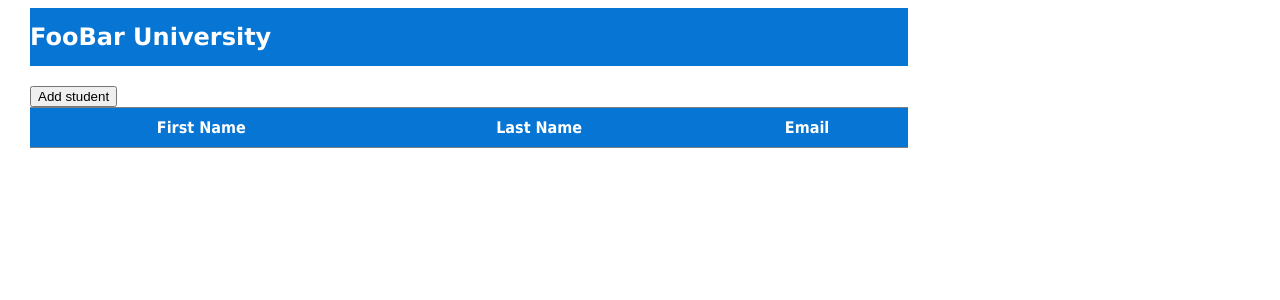
Repository: ddwysg1/JSP-Servlets-and-JDBC-for-beginners
Page: http://localhost/web-student-tracker/StudentControllerServlet
These files come from the project's save history. The page is drawn as it stood at one moment and after the next save; the edit follows.
The browser window is 1280 px wide. The pictures show the whole page.
The page is served by Tomcat 9. Other server files are loaded and not shown. Queries for data that is not in the repository find no rows.

Above is the page before, as saved 2018-07-18 09:57:35.

### jsp-servlet-jdbc-app/web-student-tracker/WebContent/list-students.jsp
<%@ taglib uri="http://java.sun.com/jsp/jstl/core" prefix="c" %>

<!DOCTYPE html>
<html>
<head>
	<title>Student Tracker App</title>
	<link type = "text/css" rel = "stylesheet" href="css/style.css">
</head>
<body>
	<div id="wrapper">
		<div id="header">
			<h2>FooBar University</h2>
		</div>
	</div>

	<div id="container">

		<div id="content">
			<input type="button" value="Add student"
				onclick = "window.location.href='add-student-form.jsp'; return false;"
			/>

			<table>

				<tr>
					<th>First Name</th>
					<th>Last Name</th>
					<th>Email</th>
				</tr>
				<c:forEach var="tempStudent" items="${STUDENT_LIST}">
					<tr>
						<td> ${tempStudent.firstName} </td>
						<td> ${tempStudent.lastName}  </td>
						<td> ${tempStudent.email}  </td>
					</tr>
				</c:forEach>

			</table>

		</div>

	</div>
</body>
</html>

### jsp-servlet-jdbc-app/web-student-tracker/src/com/luv2code/web/jdbc/StudentControllerServlet.java
package com.luv2code.web.jdbc;

import java.io.IOException;
import java.util.List;

import javax.annotation.Resource;
import javax.servlet.RequestDispatcher;
import javax.servlet.ServletException;
import javax.servlet.annotation.WebServlet;
import javax.servlet.http.HttpServlet;
import javax.servlet.http.HttpServletRequest;
import javax.servlet.http.HttpServletResponse;
import javax.sql.DataSource;

/**
 * Servlet implementation class StudentControllerServlet
 */
@WebServlet("/StudentControllerServlet")
public class StudentControllerServlet extends HttpServlet {
	private static final long serialVersionUID = 1L;

	private StudentDbUtil studentDbUtil;

	@Resource(name="jdbc/web_student_tracker")
	private DataSource dataSource;


	@Override
	public void init() throws ServletException {
		super.init();

		try {
			studentDbUtil = new StudentDbUtil(dataSource);

		} catch (Exception e) {
			throw new ServletException(e);
		}
	}


	/**
	 * @see HttpServlet#doGet(HttpServletRequest request, HttpServletResponse response)
	 */
	protected void doGet(HttpServletRequest request, HttpServletResponse response) throws ServletException, IOException {
		try {
			listStudents(request, response);
		} catch (Exception e) {
			e.printStackTrace();
		}
	}

	private void listStudents(HttpServletRequest request, HttpServletResponse response) throws Exception {
		List<Student> students = studentDbUtil.getStudents();

		request.setAttribute("STUDENT_LIST", students);

		RequestDispatcher dispatcher = request.getRequestDispatcher("/list-students.jsp");

		dispatcher.forward(request, response);
	}

}

### jsp-servlet-jdbc-app/web-student-tracker/WebContent/css/style.css
html, body{
	margin-left:15px; margin-right:15px;
	padding:0px;
	font-family:Verdana, Arial, Helvetica, sans-serif;
}

table {
	border-collapse:collapse;
	border-bottom:1px solid gray;
	font-family: Tahoma,Verdana,Segoe,sans-serif;
	width:72%;
}

th {
	border-bottom:1px solid gray;
	background:none repeat scroll 0 0 #0775d3;
	padding:10px;
	color: #FFFFFF;
}

tr {
	border-top:1px solid gray;
	text-align:center;
}

tr:nth-child(even) {background: #FFFFFF}
tr:nth-child(odd) {background: #BBBBBB}

#wrapper {width: 100%; margin-top: 0px; }
#header {width: 72%; background: #0775d3; margin-top: 0px; padding:15px 0px 15px 0px;}
#header h2 {width: 100%; margin:auto; color: #FFFFFF;}
#container {width: 100%; margin:auto}
#container h3 {color: #000;}
#container #content {margin-top: 20px;}

.add-student-button {
	border: 1px solid #666;
	border-radius: 5px;
	padding: 4px;
	font-size: 12px;
	font-weight: bold;
	width: 120px;
	padding: 5px 10px;

	margin-bottom: 15px;
	background: #cccccc;
}

After the next save:
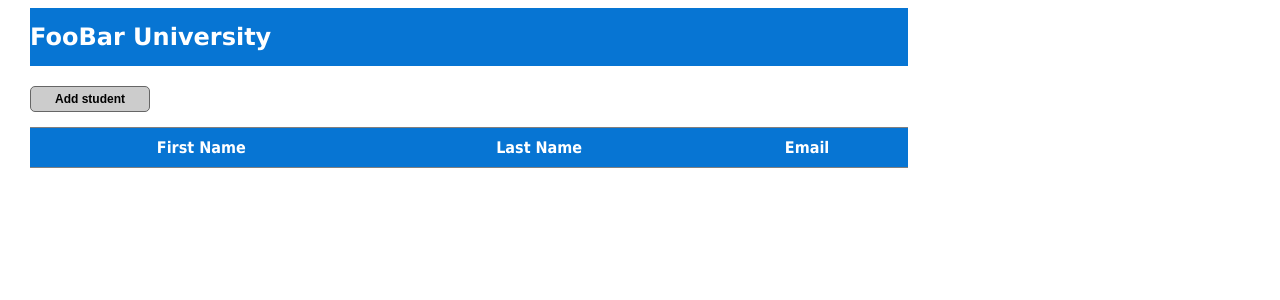
Saved 22 s later.
--- a/jsp-servlet-jdbc-app/web-student-tracker/WebContent/list-students.jsp
+++ b/jsp-servlet-jdbc-app/web-student-tracker/WebContent/list-students.jsp
@@ -18,6 +18,7 @@
 		<div id="content">
 			<input type="button" value="Add student"
 				onclick = "window.location.href='add-student-form.jsp'; return false;"
+				class="add-student-button"
 			/>
 
 			<table>
